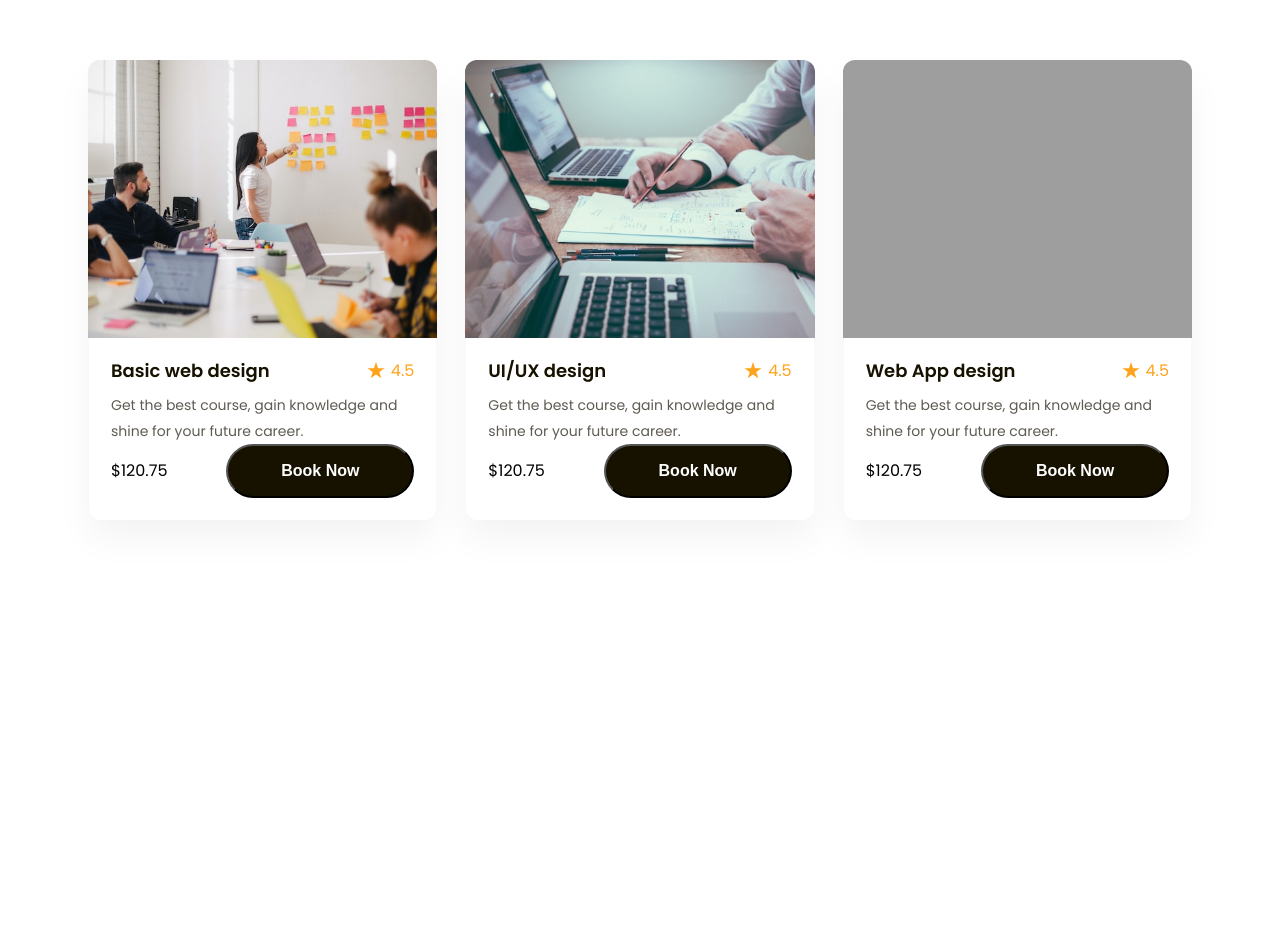
Repository: anhtien111198/f8-htmlcss-02
Page: index.html
The author's editor kept a copy of each file at every save. The page is drawn from the files as they stood at one save, then again after the next save.
The browser window is 1280 px wide. The pictures show the part of the page from y = 1218 to 2170 px (the page is 5000 px tall).
Pictures or frames that could not be fetched are drawn as grey boxes. A picture or video elsewhere on the page could not be fetched, so the positions and the page height are approximate.

Above is the page before, as saved 2023-05-09 10:34:48.

### index.html
<!DOCTYPE html>
<html lang="en">
    <head>
        <meta charset="UTF-8" />
        <meta http-equiv="X-UA-Compatible" content="IE=edge" />
        <meta name="viewport" content="width=device-width, initial-scale=1.0" />
        <title>F8 project 02</title>
        <!-- reset css -->
        <link rel="stylesheet" href="./assets/css/reset.css" />
        <!-- font style -->
        <link rel="preconnect" href="https://fonts.googleapis.com" />
        <link rel="preconnect" href="https://fonts.gstatic.com" crossorigin />
        <link
            href="https://fonts.googleapis.com/css2?family=Poppins:ital,wght@0,400;0,500;0,600;0,700;0,800;0,900;1,400&family=Sen:wght@700&display=swap"
            rel="stylesheet"
        />
        <!-- style css -->
        <link rel="stylesheet" href="./assets/css/style.css" />
    </head>
    <body>
        <main style="height: 5000px">
            <!-- header -->
            <header class="header fixed">
                <div class="main-content">
                    <div class="body">
                        <img
                            src="./assets/img/Logo.svg"
                            alt="lesson."
                            class="logo"
                        />
                        <!-- nav -->
                        <nav class="nav">
                            <ul>
                                <li class="active">
                                    <a href="#!">Home</a>
                                </li>
                                <li>
                                    <a href="#!">Courses</a>
                                </li>
                                <li>
                                    <a href="#!">Pricing</a>
                                </li>
                                <li>
                                    <a href="#!">Reviews</a>
                                </li>
                            </ul>
                        </nav>
                        <!-- action -->
                        <div class="action">
                            <a href="#!" class="btn sign-up-btn">Sign Up</a>
                        </div>
                    </div>
                </div>
            </header>
            <!-- Hero -->
            <div class="hero">
                <div class="main-content">
                    <div class="body">
                        <!-- hero-left -->
                        <div class="media-block">
                            <img
                                src="./assets/img/hero-img-2.jpg"
                                alt="Learn without limits and spread knowledge."
                                class="img"
                            />
                            <div class="hero-summary">
                                <div class="item">
                                    <div class="icon">
                                        <img
                                            src="./assets/icons/list.svg"
                                            alt="list"
                                        />
                                    </div>
                                    <div class="info">
                                        <p class="label">20 Courses</p>
                                        <p class="title">UI/UX Design</p>
                                    </div>
                                </div>

                                <div class="item">
                                    <div class="icon">
                                        <img
                                            src="./assets/icons/code.svg"
                                            alt="list"
                                        />
                                    </div>
                                    <div class="info">
                                        <p class="label">20 Courses</p>
                                        <p class="title">Development</p>
                                    </div>
                                </div>

                                <div class="item">
                                    <div class="icon">
                                        <img
                                            src="./assets/icons/speaker.svg"
                                            alt="list"
                                        />
                                    </div>
                                    <div class="info">
                                        <p class="label">30 Courses</p>
                                        <p class="title">Marketing</p>
                                    </div>
                                </div>
                            </div>
                        </div>
                        <!-- hero right -->
                        <div class="content-block">
                            <h1 class="heading lv1">
                                Learn without limits and spread knowledge.
                            </h1>
                            <p class="desc">
                                Build new skills for that “this is my year”
                                feeling with courses, certificates, and degrees
                                from world-class universities and companies.
                            </p>
                            <div class="cta-group">
                                <a href="" class="btn hero-cta">See Course</a>
                                <button class="watch-video">
                                    <div class="icon">
                                        <img
                                            src="./assets/icons/play.svg"
                                            alt="play"
                                        />
                                    </div>
                                    <span>Watch Video</span>
                                </button>
                            </div>
                            <p class="desc">Recent engagement</p>
                            <p class="desc stats">
                                <strong>50K</strong> Students
                                <strong>70+</strong> Courses
                            </p>
                        </div>
                    </div>
                </div>
            </div>
            <!-- Popular -->
            <div class="popular">
                <div class="main-content">
                    <div class="popular-top">
                        <div class="info">
                            <h2 class="heading lv2">Our popular courses</h2>
                            <p class="desc">
                                Build new skills with new trendy courses and
                                shine for the next future career.
                            </p>
                        </div>
                        <div class="controls">
                            <button class="control-btn">
                                <svg
                                    width="8"
                                    height="14"
                                    viewBox="0 0 8 14"
                                    fill="none"
                                    xmlns="http://www.w3.org/2000/svg"
                                >
                                    <path
                                        d="M7 1L1 7L7 13"
                                        stroke="currentColor"
                                        stroke-linecap="round"
                                        stroke-linejoin="round"
                                    />
                                </svg>
                            </button>
                            <button class="control-btn">
                                <svg
                                    width="8"
                                    height="14"
                                    viewBox="0 0 8 14"
                                    fill="none"
                                    xmlns="http://www.w3.org/2000/svg"
                                >
                                    <path
                                        d="M1 1L7 7L1 13"
                                        stroke="currentColor"
                                        stroke-linecap="round"
                                        stroke-linejoin="round"
                                    />
                                </svg>
                            </button>
                        </div>
                    </div>

                    <div class="course-list">
                        <div class="course-item">
                            <img
                                src="./assets/img/course-1.jpg"
                                alt="Basic web design"
                                class="thumb"
                            />
                            <div class="info">
                                <div class="head">
                                    <h3 class="title">Basic web design</h3>
                                    <div class="rating">
                                        <img
                                            src="./assets/icons/star.svg"
                                            alt="star"
                                            class="star"
                                        />
                                        <span class="value">4.5</span>
                                    </div>
                                </div>
                                <p class="desc">
                                    Get the best course, gain knowledge and
                                    shine for your future career.
                                </p>
                                <div class="foot">
                                    <span class="price">$120.75</span>
                                    <button class="btn">Book Now</button>
                                </div>
                            </div>
                        </div>

                        <!-- course-1 -->
                        <div class="course-item">
                            <img
                                src="./assets/img/course-2.jpg"
                                alt="UI/UX design"
                                class="thumb"
                            />
                            <div class="info">
                                <div class="head">
                                    <h3 class="title">UI/UX design</h3>
                                    <div class="rating">
                                        <img
                                            src="./assets/icons/star.svg"
                                            alt="star"
                                            class="star"
                                        />
                                        <span class="value">4.5</span>
                                    </div>
                                </div>
                                <p class="desc">
                                    Get the best course, gain knowledge and
                                    shine for your future career.
                                </p>
                                <div class="foot">
                                    <span class="price">$120.75</span>
                                    <button class="btn">Book Now</button>
                                </div>
                            </div>
                        </div>
                        <!-- course 3 -->
                        <div class="course-item">
                            <img
                                src="./assets/img/course-3.jpg"
                                alt="Web App design"
                                class="thumb"
                            />
                            <div class="info">
                                <div class="head">
                                    <h3 class="title">Web App design</h3>
                                    <div class="rating">
                                        <img
                                            src="./assets/icons/star.svg"
                                            alt="star"
                                            class="star"
                                        />
                                        <span class="value">4.5</span>
                                    </div>
                                </div>
                                <p class="desc">
                                    Get the best course, gain knowledge and
                                    shine for your future career.
                                </p>
                                <div class="foot">
                                    <span class="price">$120.75</span>
                                    <button class="btn">Book Now</button>
                                </div>
                            </div>
                        </div>
                    </div>
                </div>
            </div>
        </main>
    </body>
</html>

### assets/css/style.css
* {
    box-sizing: border-box;
}
:root {
    --primary: #ffb900;
    --font-heading: Sen, sans-serif;
}
html {
    font-size: 62.5%;
}
body {
    font-size: 1.6rem;
    font-family: "Poppins", sans-serif;
}
/* =========Common============= */
a {
    text-decoration: none;
}
.btn {
    display: inline-block;
    min-width: 188px;
    padding: 0 16px;
    line-height: 50px;
    font-weight: 600;
    font-size: 1.6rem;
    text-align: center;
    color: #ffffff;
    background: #171100;
    border-radius: 999px;
}
.btn:hover {
    opacity: 0.9;
}
.heading {
    font-family: var(--font-heading);
    font-weight: 700;
    letter-spacing: -0.02em;
    color: #171100;
}
.heading.lv1 {
    font-size: 5.8rem;
    line-height: 1.17;
}
.heading.lv2 {
    font-size: 3.8rem;
    line-height: 1.26;
}
.main-content {
    width: 1170px;
    max-width: calc(100% - 48px);
    margin: auto;
}
/* =========Header============= */
.header {
    background-color: #fffcf4;
}
.header.fixed {
    position: sticky;
    top: -28px;
    z-index: 9;
}
.header .body {
    display: flex;
    align-items: center;
    padding: 36px 0 8px;
}
.nav {
    margin-left: auto;
}
.nav ul {
    display: flex;
}
.nav a {
    position: relative;
    padding: 8px 21px;
    font-weight: 400;
    font-size: 1.6rem;
    color: #5f5b53;
}
.nav a:hover,
.nav li.active a {
    /* font-weight: 600; */
    text-shadow: 1px 0 0 currentColor;
    color: #171100;
}
.nav li.active a::after {
    position: absolute;
    content: "";
    bottom: 6px;
    left: 21px;
    display: block;
    width: 12px;
    height: 2px;
    background: #171100;
    border-radius: 1px;
}
.header .sign-up-btn {
    min-width: 144px;
}
.header .action {
    margin-left: 49px;
}
/* =========hero============== */
.hero {
    padding: 56px 0 65px;
    background: #fffcf4;
}
.hero .body {
    display: flex;
}

/* ========hero left============== */
.hero .media-block {
    position: relative;
    width: 48%;
}
.hero .media-block .img {
    width: 470px;
    height: 685px;
    object-fit: cover;
    border-radius: 20px;
    /* dùng để xử lý phần thừa khi sử dụng thẻ inline */
    display: block;
}
.hero-summary {
    position: absolute;
    width: 270px;
    padding: 24px;
    right: 0;
    bottom: 48px;
    background: #ffffff;
    box-shadow: 0px 16px 32px rgba(0, 0, 0, 0.05);
    border-radius: 12px;
}
.hero-summary .item {
    display: flex;
    align-items: center;
}
.hero-summary .item + .item {
    margin-top: 22px;
}
.hero-summary .icon {
    width: 48px;
    height: 48px;
    border-radius: 50%;
    display: flex;
    justify-content: center;
    align-items: center;
    background: #fff9e8;
}
.hero-summary .item:nth-of-type(2) .icon {
    background: #fcefff;
}
.hero-summary .item:nth-of-type(2) .icon {
    background: #ebeaff;
}
.hero-summary .info {
    margin-left: 16px;
}
.hero-summary .label {
    font-weight: 400;
    font-size: 1.4rem;
    line-height: 1.86;
    color: #5f5b53;
}
.hero-summary .title {
    font-weight: 600;
    font-size: 1.8rem;
    line-height: 1.67;
    color: #171100;
}

/* =========hero right============= */
.hero .content-block {
    width: 52%;
    padding: 64px 0 0 130px;
}

.hero .desc {
    margin-top: 22px;
    font-weight: 400;
    font-size: 1.8rem;
    line-height: 1.67;
    color: #5f5b53;
}
.hero .cta-group {
    display: flex;
    align-items: center;
    margin: 38px 0 48px;
}
.hero-cta {
    min-width: 180px;
    line-height: 64px;
    background-color: var(--primary);
}
.hero .watch-video {
    display: flex;
    align-items: center;
    margin-left: 28px;
    border: none;
    background: #fffcf4;
    cursor: pointer;
}
.hero .watch-video .icon {
    display: flex;
    align-items: center;
    justify-content: center;
    width: 40px;
    height: 40px;
    border-radius: 50%;
    background: #ffffff;
    box-shadow: 0px 8px 16px rgba(0, 0, 0, 0.07);
}

.hero .watch-video span {
    margin-left: 14px;
    font-weight: 600;
    font-size: 1.8rem;
    line-height: 1.67;
    color: #171100;
    background: #fffcf4;
}
.hero .stats {
    margin: 8px 0 0 -28px;
}
.hero .stats strong {
    padding: 0 8px 0 28px;
    font-family: var(--font-heading);
    font-weight: 700;
    font-size: 4.4rem;
    line-height: 1.23;
    color: #171100;
}

/* =========Popular========= */
.popular {
    padding: 65px;
    margin-top: 135px;
}
.popular-top {
    display: flex;
    justify-content: space-between;
}
.popular-top .desc {
    margin-top: 16px;
    width: 458px;
    font-weight: 400;
    font-size: 1.8rem;
    line-height: 1.67;
    color: #5f5b53;
}
.popular-top .controls {
    display: flex;
    align-items: center;
    gap: 18px;
}
.popular-top .control-btn {
    display: flex;
    align-items: center;
    justify-content: center;
    width: 40px;
    height: 40px;
    border-radius: 50%;
    color: var(--primary);
    border: 1px solid var(--primary);
    background: transparent;
}
.popular-top .control-btn:hover {
    background: var(--primary);
    color: #fff;
    cursor: pointer;
}
.popular .course-list {
    display: flex;
    gap: 30px;
    margin-top: 55px;
}
.popular .course-item {
    flex: 1;
    background: #ffffff;
    box-shadow: 0px 18px 36px rgba(0, 0, 0, 0.05);
    border-radius: 12px;
}
.popular .course-item .thumb {
    width: calc(100% + 2px);
    height: 278px;
    margin: -1px;
    object-fit: cover;
    border-radius: 12px 12px 0px 0px;
}
.popular .course-item .info {
    padding: 16px 22px 22px 22px;
}
.popular .course-item .rating,
.popular .course-item .foot,
.popular .course-item .head {
    display: flex;
    align-items: center;
    justify-content: space-between;
}
.popular .course-item .title {
    font-weight: 600;
    font-size: 1.8rem;
    line-height: 1.67;
    color: #171100;
}
.popular .rating .value {
    margin-left: 6px;
    font-weight: 400;
    font-size: 1.6rem;
    line-height: 1.75;
    color: #fea31b;
}
.popular .course-item .desc {
    margin-top: 6px;
    font-weight: 400;
    font-size: 1.4rem;
    line-height: 1.86;
    color: #5f5b53;
}

Loaded but not shown: assets/css/reset.css (common file)

After the next save:
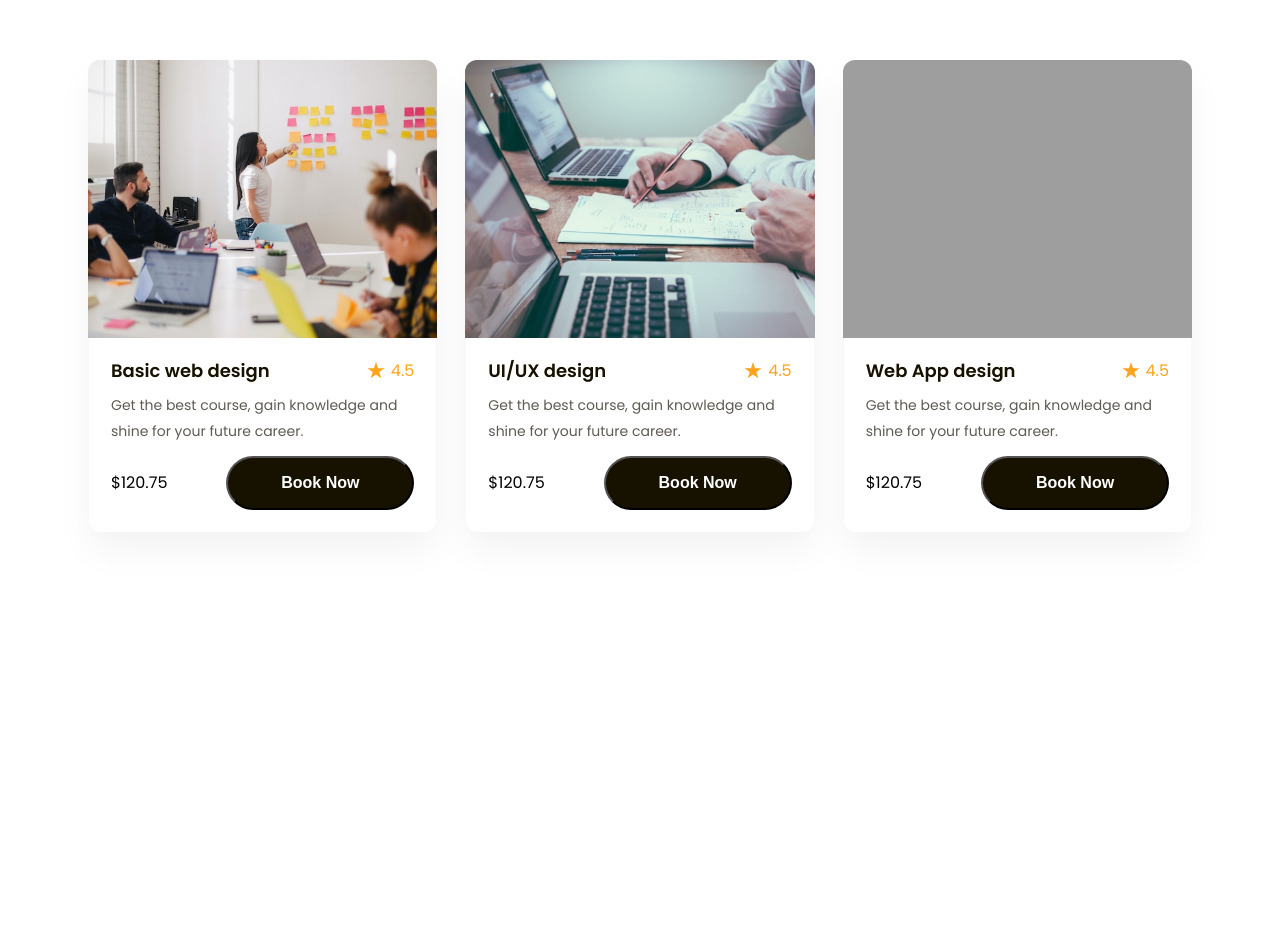
Saved 67 s later.
--- a/assets/css/style.css
+++ b/assets/css/style.css
@@ -318,3 +318,9 @@
     line-height: 1.86;
     color: #5f5b53;
 }
+.popular .course-item .foot {
+    margin-top: 12px;
+}
+
+.popular .foot .price {
+}
